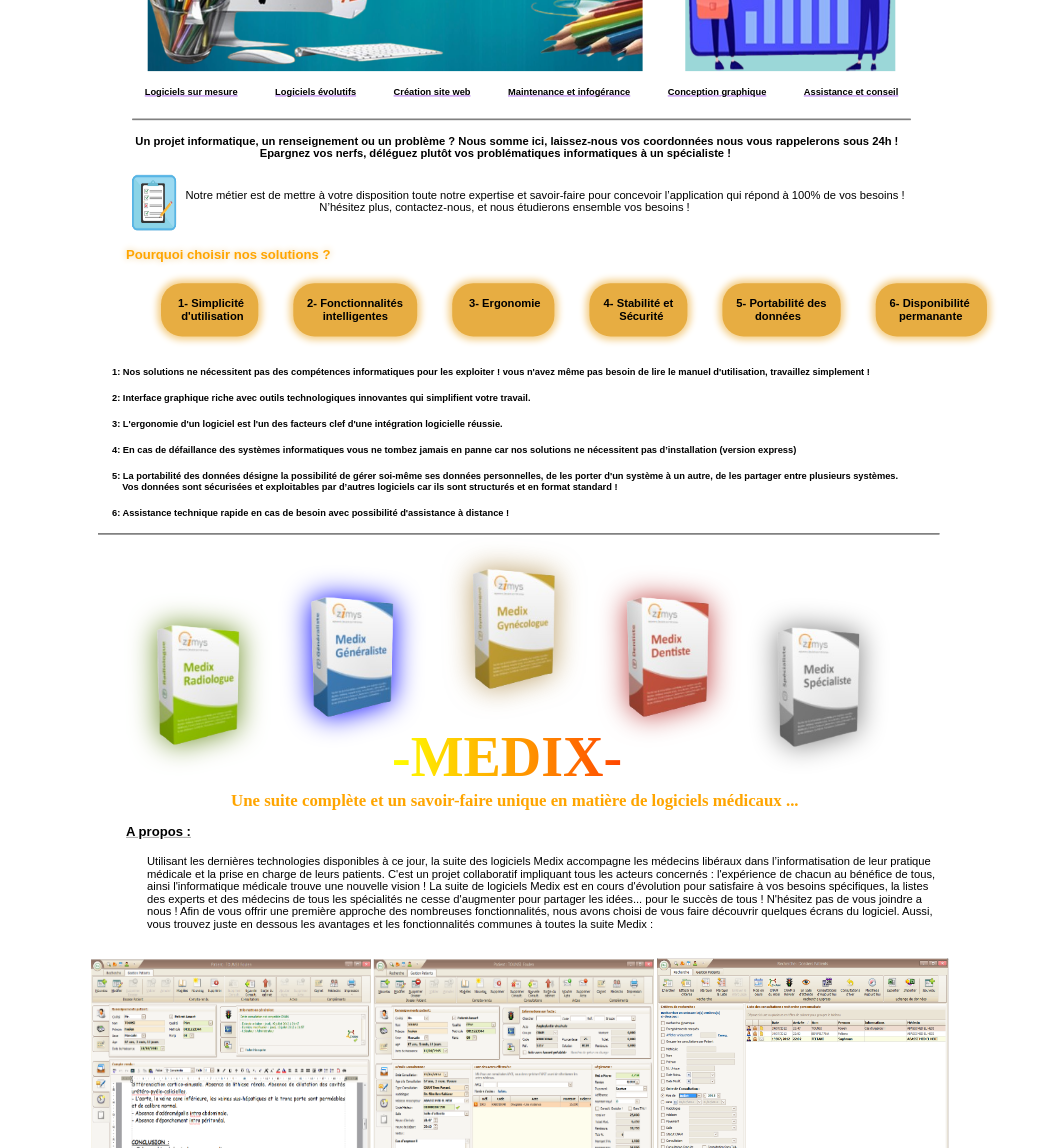
Repository: Houda228-sys/Zimys_Company
Page: index.html
The author's editor kept a copy of each file at every save. The page is drawn from the files as they stood at one save, then again after the next save.
The browser window is 1280 px wide. The page is 1500 px wide, so the pictures cover 1500 px, including what lies to the right of the window. The pictures show the part of the page from y = 3691 to 5331 px (the page is 8499 px tall before and 8819 px after), at 70% of full size.

Above is the page before, as saved 2025-06-06 22:11:17.

After the next save:
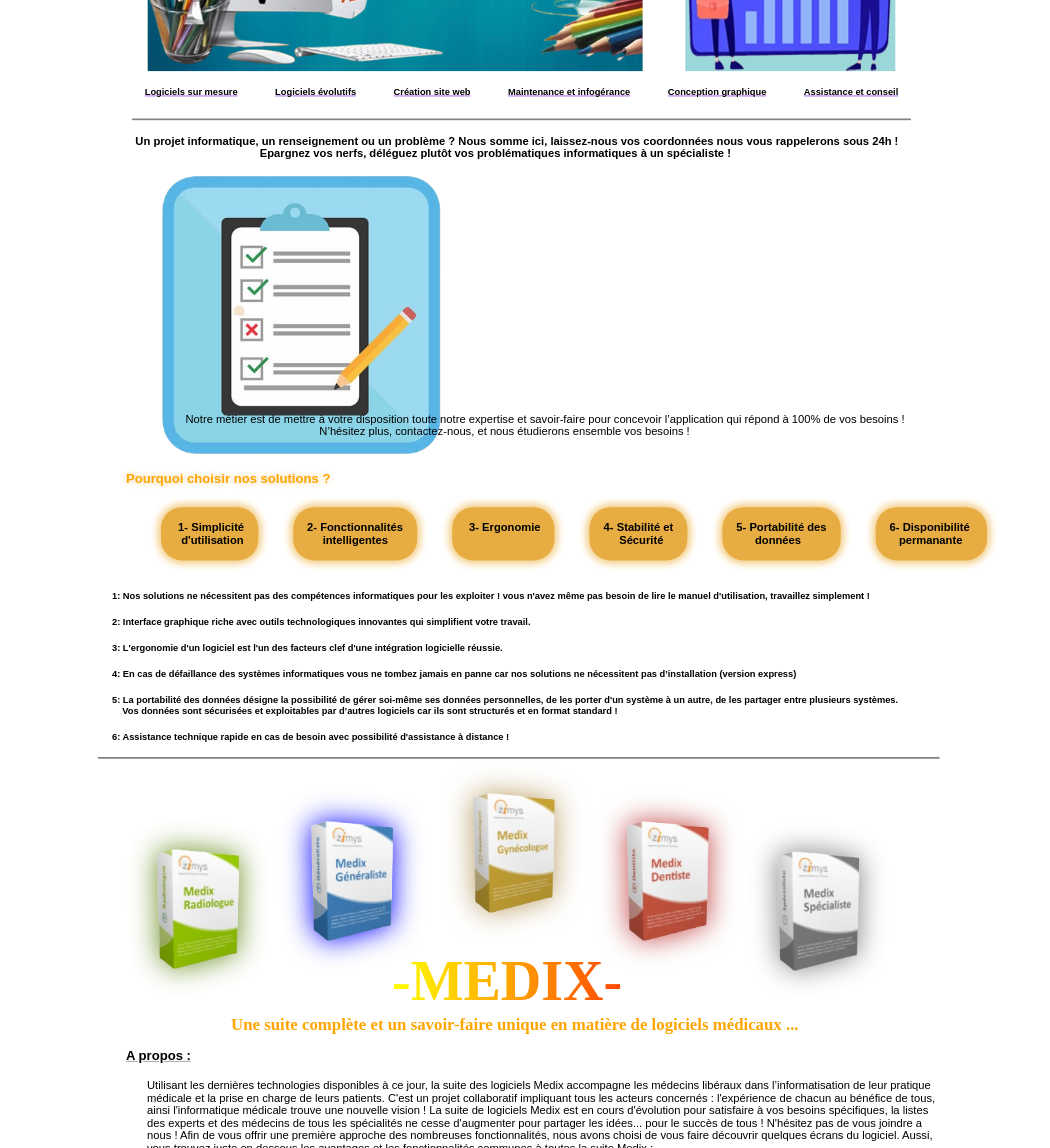
Saved 16 s later.
--- a/index.html
+++ b/index.html
@@ -154,7 +154,7 @@
         <div class="block2">
             <h4>   Un projet informatique, un renseignement ou un problème ? Nous somme ici, laissez-nous vos coordonnées nous vous rappelerons sous 24h !
                                            Epargnez vos nerfs, déléguez plutôt vos problématiques informatiques à un spécialiste !</h4>
-            <img src="5.png">
+            <img src="public/5.png">
             <p >Notre métier est de mettre à votre disposition toute notre expertise et savoir-faire pour concevoir l’application qui répond à 100% de vos besoins !
                                            N’hésitez plus, contactez-nous, et nous étudierons ensemble vos besoins !
             </p>
